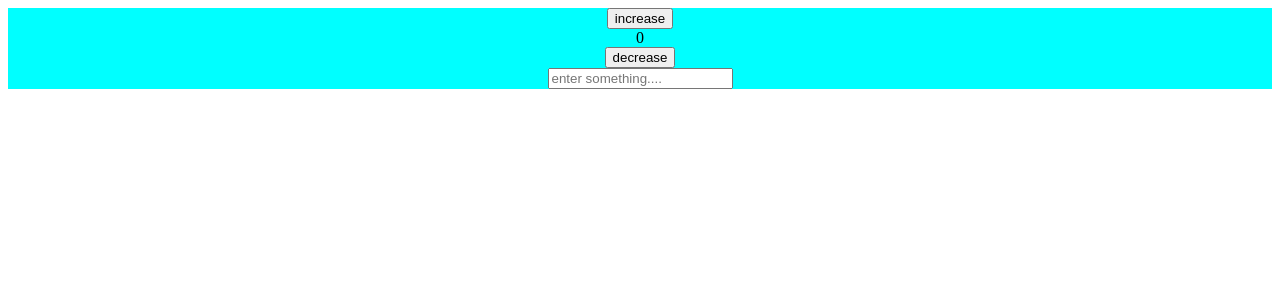
Repository: Samkiroko/react-hooks
Page: /
These files come from the project's save history. The page is drawn as it stood at one moment and after the next save; the edit follows.
The browser window is 1280 px wide. The pictures show the whole page.
The project was rebuilt for these pictures with package versions that can differ from the ones it lists, and the page was loaded fresh each time.

Above is the page before, as saved 2021-08-22 20:56:36.

### src/index.css
.counter {
    display: flex;
    flex-direction: column;
    background-color: aqua;
    align-items: center;
}

.input2 {
    margin-top: 20px;
    display: flex;
    flex-direction: column;
    align-items: center;
    background-color: aquamarine;
}

### src/App.js
import Usestate from './components/usestate/Usestate'
import Usestate2 from './components/usestate/Usestate2'

function App() {
  return (
    <div className='App'>
      <Usestate />
      <Usestate2 />
    </div>
  )
}

export default App

### src/components/usestate/Usestate.js
import React, { useState } from 'react'

const Usestate = () => {
  const [count, setCount] = useState(0)
  const increase = () => {
    setCount(count + 1)
  }
  const decrease = () => {
    setCount(count - 1)
  }
  return (
    <div>
      <div className='counter'>
        <button onClick={increase}>increase</button>
        {count}
        <button onClick={decrease}>decrease</button>
      </div>
    </div>
  )
}

export default Usestate

### src/components/usestate/Usestate2.js
import React from 'react'

const Usestate2 = () => {
  return (
    <div className='counter'>
      <input type='text' placeholder='enter something....' />
    </div>
  )
}

export default Usestate2

Loaded but not shown: public/index.html (common file); src/index.js (common file)

After the next save:
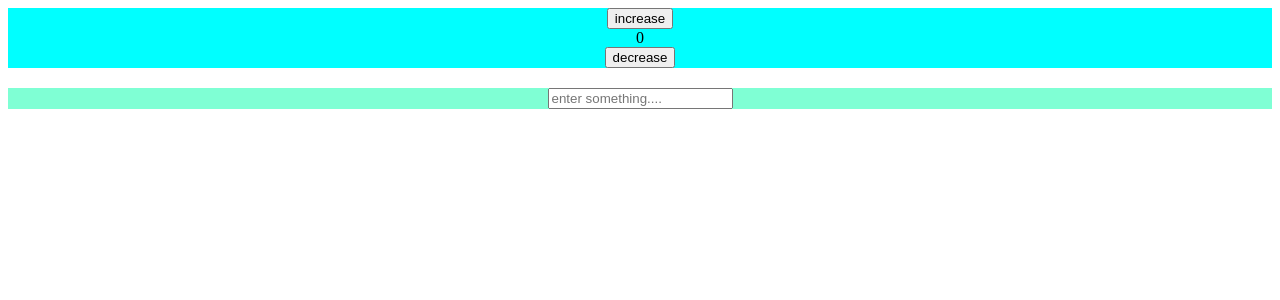
Saved 15 s later.
--- a/src/components/usestate/Usestate2.js
+++ b/src/components/usestate/Usestate2.js
@@ -2,7 +2,7 @@ import React from 'react'
 
 const Usestate2 = () => {
   return (
-    <div className='counter'>
+    <div className='input2'>
       <input type='text' placeholder='enter something....' />
     </div>
   )
